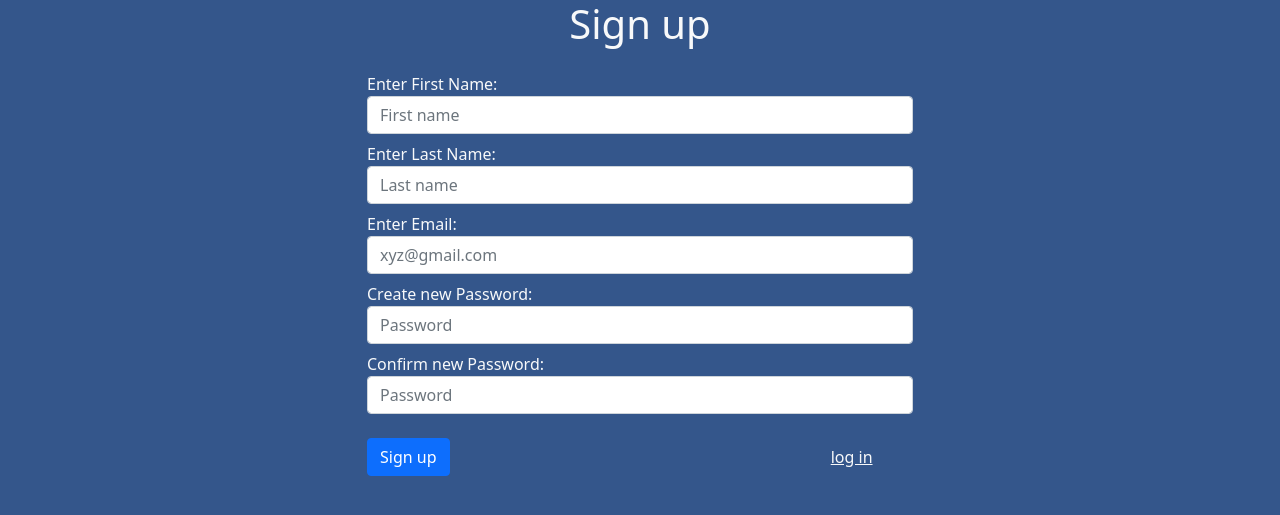
Repository: paresh-art/MyWebsite
Page: http://localhost/com.website/
An editor plug-in stored every save of this project. The page is shown before and after the next save, followed by the edit.
The browser window is 1280 px wide. The pictures show the whole page.
The page is served by Tomcat 9. Other server files are loaded and not shown.

Above is the page before, as saved 2022-11-07 15:25:57.

### com.website/src/main/webapp/index.jsp
<%@ page language="java" contentType="text/html; charset=UTF-8"
	pageEncoding="UTF-8"%>
<!doctype html>
<html lang="en">
<head>
<!-- Required meta tags -->
<meta charset="utf-8">
<meta name="viewport" content="width=device-width, initial-scale=1">
<!-- Bootstrap CSS -->
<link
	href="https://cdn.jsdelivr.net/npm/bootstrap@5.0.2/dist/css/bootstrap.min.css"
	rel="stylesheet"
	integrity="sha384-EVSTQN3/azprG1Anm3QDgpJLIm9Nao0Yz1ztcQTwFspd3yD65VohhpuuCOmLASjC"
	crossorigin="anonymous">

<title>Sign up Page</title>
</head>
<body style="background-color: #34568B;">
	<div class="container">
		<h1 class="mx-auto text-center text-light">Sign up</h1>
		<form class="mt-4">
			<div class="row">
				<div class="col-lg-6 col-md-8 col-sm-12 mx-auto text-light">
					Enter First Name:<input type="text" class="form-control"
						placeholder="First name">
				</div>
			</div>

			<div class="row mt-2">
				<div class="col-lg-6 col-md-8 col-sm-12 mx-auto text-light">
					Enter Last Name:<input type="text" class="form-control"
						placeholder="Last name">
				</div>
			</div>
			<div class="row mt-2">
				<div class="col-lg-6 col-md-8 col-sm-12 mx-auto text-light">
					Enter Email:<input type="text" class="form-control"
						placeholder="xyz@gmail.com">
				</div>
			</div>
			<div class="row mt-2">
				<div class="col-lg-6 col-md-8 col-sm-12 mx-auto text-light">
					Create new Password:<input type="password" class="form-control"
						placeholder="Password">
				</div>
			</div>
			<div class="row mt-2">
				<div class="col-lg-6 col-md-8 col-sm-12 mx-auto text-light">
					Confirm new Password:<input type="password" class="form-control"
						placeholder="Password">
				</div>
			</div>
			<br>
			<div class="row">
				<div class="col-lg-6 col-md-8 col-sm-12 mx-auto text-light">
					<button class="btn btn-primary " type="submit">Sign up</button>
					<button type="button" class="btn btn-link offset-8 text-light">log
						in</button>
				</div>

			</div>
		</form>
</div>

		<!-- Optional JavaScript; choose one of the two! -->

		<!-- Option 1: Bootstrap Bundle with Popper -->
		<script
			src="https://cdn.jsdelivr.net/npm/bootstrap@5.0.2/dist/js/bootstrap.bundle.min.js"
			integrity="sha384-MrcW6ZMFYlzcLA8Nl+NtUVF0sA7MsXsP1UyJoMp4YLEuNSfAP+JcXn/tWtIaxVXM"
			crossorigin="anonymous"></script>

		<!-- Option 2: Separate Popper and Bootstrap JS -->
		<!--
    <script src="https://cdn.jsdelivr.net/npm/@popperjs/core@2.9.2/dist/umd/popper.min.js" integrity="sha384-IQsoLXl5PILFhosVNubq5LC7Qb9DXgDA9i+tQ8Zj3iwWAwPtgFTxbJ8NT4GN1R8p" crossorigin="anonymous"></script>
    <script src="https://cdn.jsdelivr.net/npm/bootstrap@5.0.2/dist/js/bootstrap.min.js" integrity="sha384-cVKIPhGWiC2Al4u+LWgxfKTRIcfu0JTxR+EQDz/bgldoEyl4H0zUF0QKbrJ0EcQF" crossorigin="anonymous"></script>
    -->
</body>
</html>

After the next save:
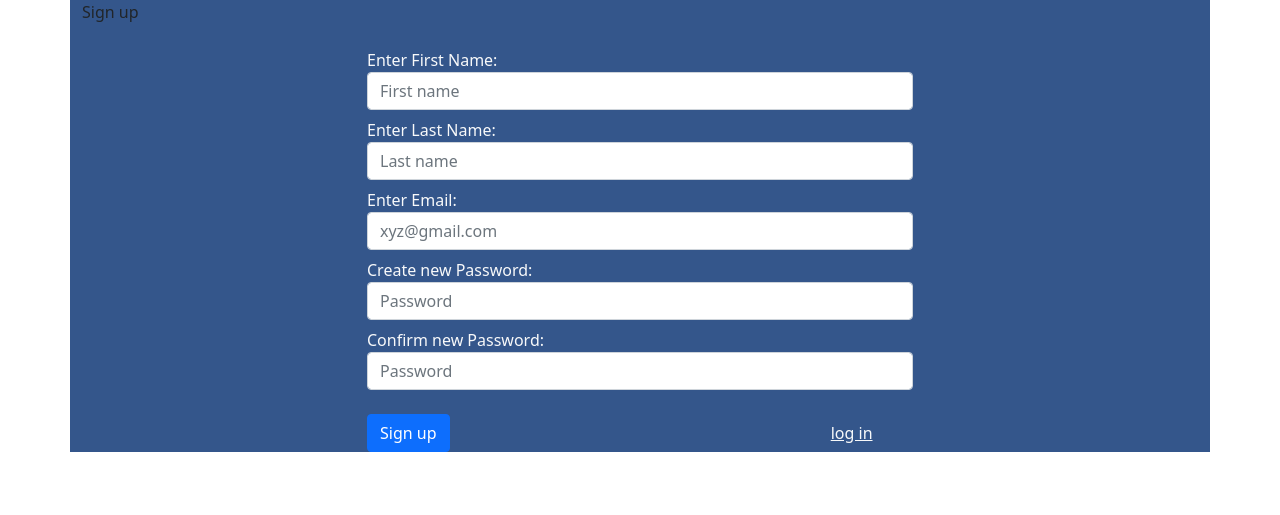
Saved 24 s later.
--- a/com.website/src/main/webapp/index.jsp
+++ b/com.website/src/main/webapp/index.jsp
@@ -15,8 +15,8 @@
 
 <title>Sign up Page</title>
 </head>
-<body style="background-color: #34568B;">
-	<div class="container">
+<body ">
+	<div class="container" style="background-color: #34568B;>
 		<h1 class="mx-auto text-center text-light">Sign up</h1>
 		<form class="mt-4">
 			<div class="row">

After the save that followed:
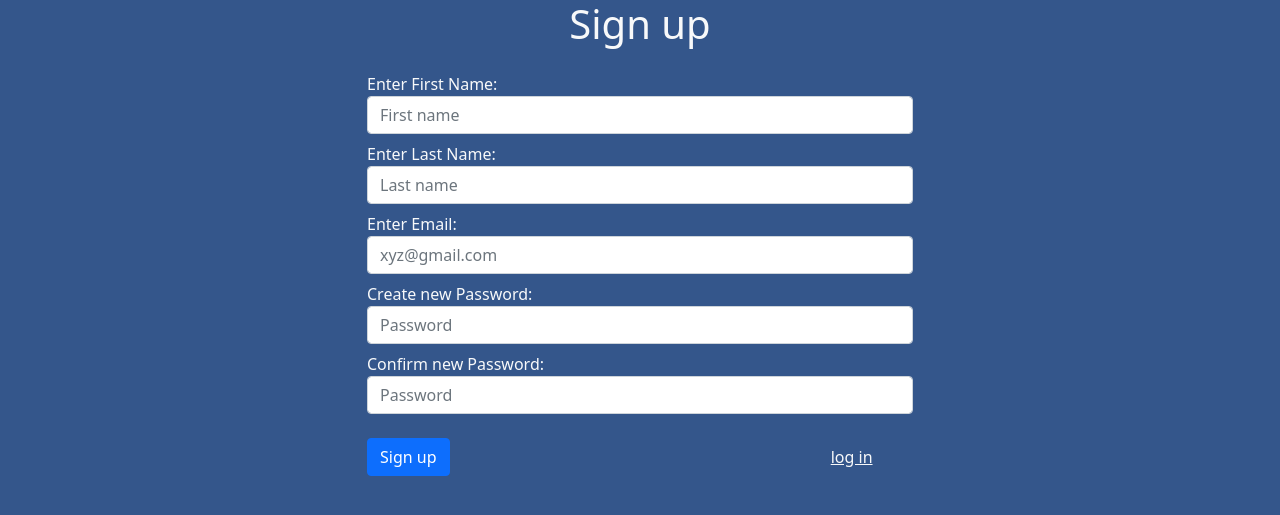
Saved 38 s later.
--- a/com.website/src/main/webapp/index.jsp
+++ b/com.website/src/main/webapp/index.jsp
@@ -13,10 +13,10 @@
 	integrity="sha384-EVSTQN3/azprG1Anm3QDgpJLIm9Nao0Yz1ztcQTwFspd3yD65VohhpuuCOmLASjC"
 	crossorigin="anonymous">
 
-<title>Sign up Page</title>
+<title></title>
 </head>
-<body ">
-	<div class="container" style="background-color: #34568B;>
+<body style="background-color: #34568B;">
+	<div class="container">
 		<h1 class="mx-auto text-center text-light">Sign up</h1>
 		<form class="mt-4">
 			<div class="row">
@@ -60,7 +60,7 @@
 
 			</div>
 		</form>
-</div>
+
 
 		<!-- Optional JavaScript; choose one of the two! -->
 
